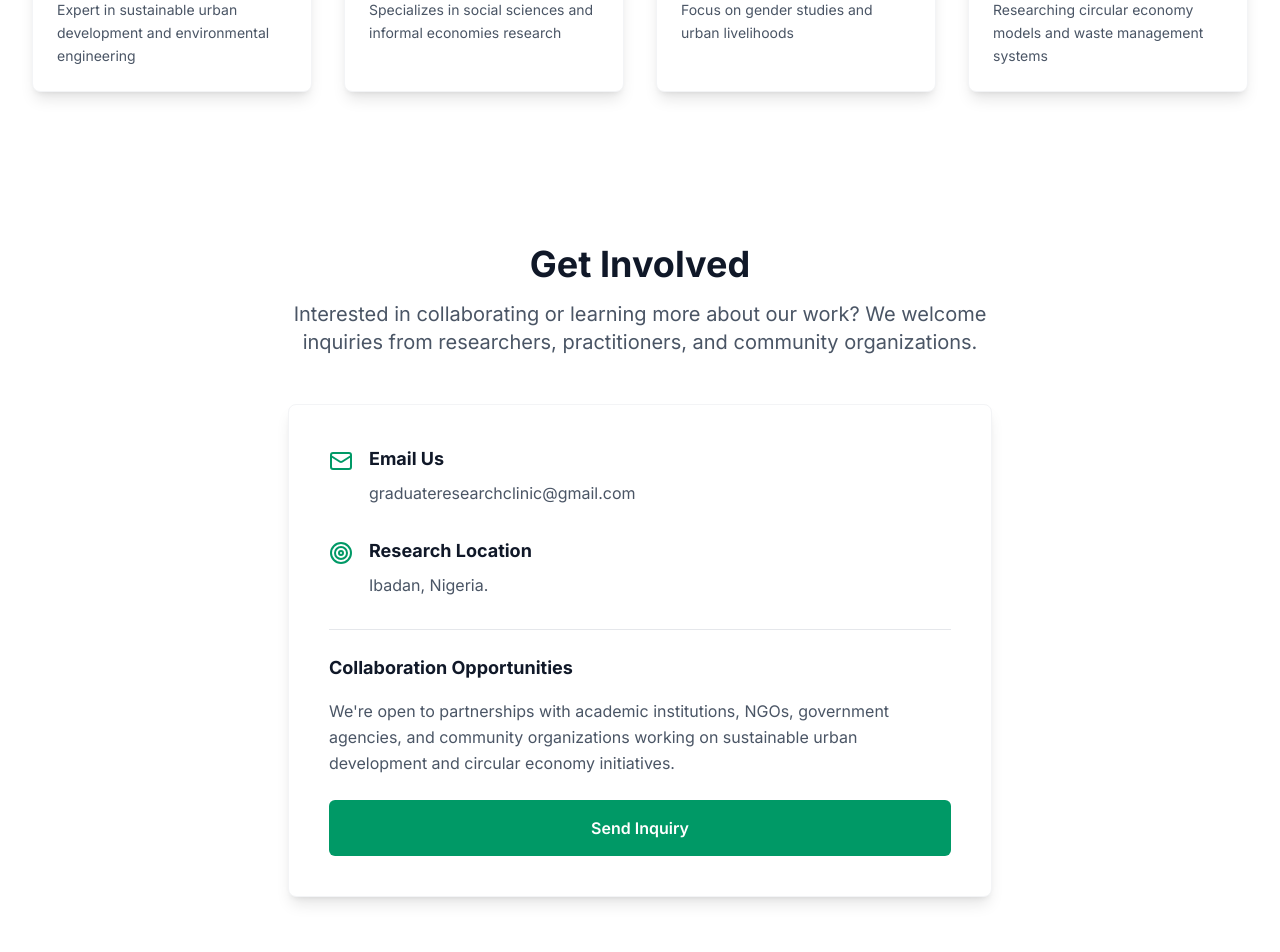
Repository: tiossdav/codesria
Page: /
The author's editor kept a copy of each file at every save. The page is drawn from the files as they stood at one save, then again after the next save.
The browser window is 1280 px wide. The pictures show the part of the page from y = 4121 to 5073 px (the page is 5359 px tall before and 5439 px after).
The project was rebuilt for these pictures with package versions that can differ from the ones it lists, and the page was loaded fresh each time. Also part of the build but not shown: vite.config.ts.

Above is the page before, as saved 2025-11-19 22:56:19.

After the next save:
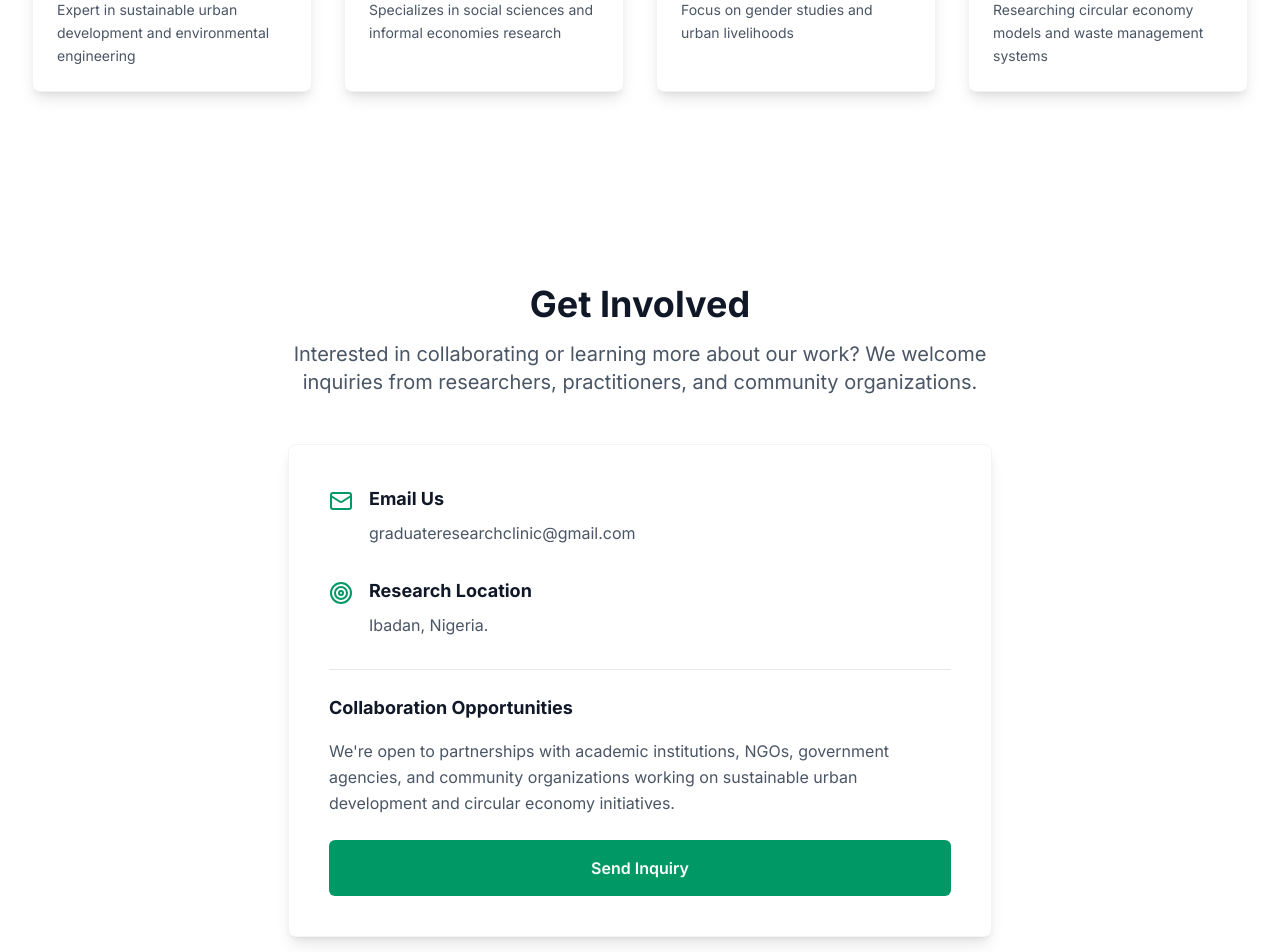
Saved 17 s later.
--- a/src/pages/Contact.tsx
+++ b/src/pages/Contact.tsx
@@ -2,7 +2,7 @@ import { Mail, Target } from "lucide-react";
 
 function Contact() {
   return (
-    <div className="max-w-3xl mx-auto mt-8 px-4 sm:px-6 lg:px-8 py-10 font-inter">
+    <div className="max-w-3xl mx-auto mt-8 px-4 sm:px-6 lg:px-8 py-20 font-inter">
       <h2 className="text-4xl font-bold text-gray-900 mb-4 text-center">
         Get Involved
       </h2>
